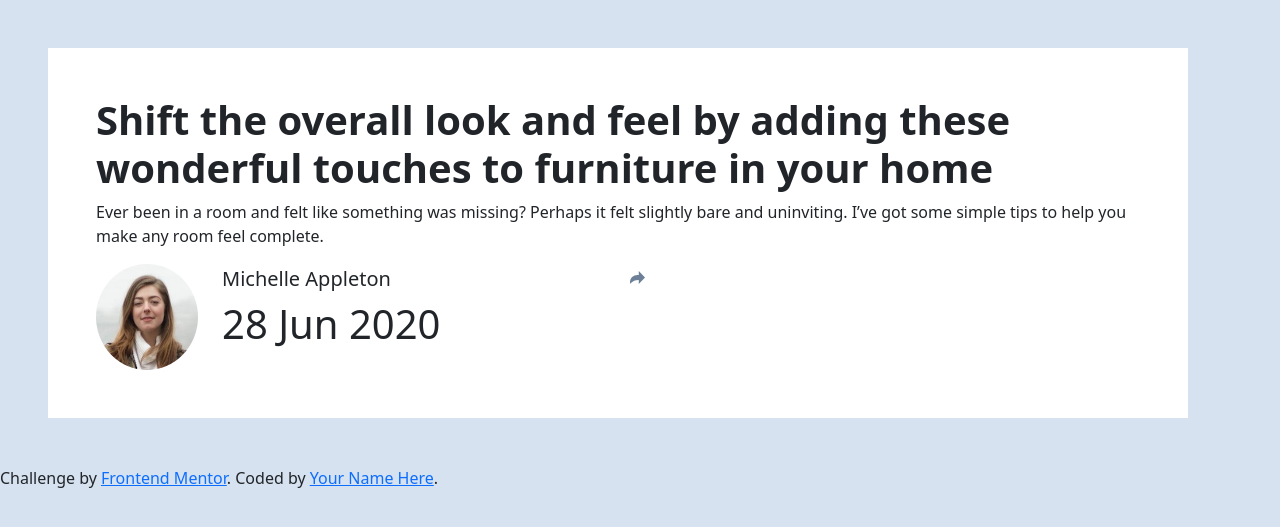
Repository: blordeus/article-preview-component
Page: index.html
These files come from the project's save history. The page is drawn as it stood at one moment and after the next save; the edit follows.
The browser window is 1280 px wide. The pictures show the whole page.

Above is the page before, as saved 2024-05-17 10:44:45.

### index.html
<!DOCTYPE html>
<html lang="en">
<head>
  <meta charset="UTF-8">
  <meta name="viewport" content="width=device-width, initial-scale=1.0"> <!-- displays site properly based on user's device -->

  <link rel="icon" type="image/png" sizes="32x32" href="./images/favicon-32x32.png">
  <link href="https://cdn.jsdelivr.net/npm/bootstrap@5.3.3/dist/css/bootstrap.min.css" rel="stylesheet" integrity="sha384-QWTKZyjpPEjISv5WaRU9OFeRpok6YctnYmDr5pNlyT2bRjXh0JMhjY6hW+ALEwIH" crossorigin="anonymous">
  <script src defer="https://cdn.jsdelivr.net/npm/bootstrap@5.3.3/dist/js/bootstrap.bundle.min.js" integrity="sha384-YvpcrYf0tY3lHB60NNkmXc5s9fDVZLESaAA55NDzOxhy9GkcIdslK1eN7N6jIeHz" crossorigin="anonymous"></script>
  <link rel="stylesheet" href="style.css">
  <title>Frontend Mentor | Article preview component</title>

</head>
<body>

  <main class="bg-color m-5 p-5 container">

    <section>
      <h1 class="text-color fw-bold">Shift the overall look and feel by adding these wonderful touches to furniture in your home</h1>

      <p>
        Ever been in a room and felt like something was missing? Perhaps
        it felt slightly bare and uninviting. I’ve got some simple tips
        to help you make any room feel complete.
      </p>
      <div class="row">
        <div class="col d-flex">
          <img id="avatar" src="./images/avatar-michelle.jpg" alt="michelle">
            <div class="ms-4 vstack my-auto">
              <p class="fs-5">Michelle Appleton <br> <span class="fs-1">28 Jun 2020</span></p>
            </div>
          </div>
          <div class="col">
            <img id="share" src="./images/icon-share.svg" alt="share">
          </div>
        </div>
      </div>
    </section>

  </main>
  <div class="attribution">
    Challenge by <a href="https://www.frontendmentor.io?ref=challenge" target="_blank">Frontend Mentor</a>.
    Coded by <a href="#">Your Name Here</a>.
  </div>
</body>
</html>

### style.css
/* root */
:root {
    --white: hsl(0, 0%, 100%);
    --light-gray: hsl(212, 45%, 89%);
    --grayish-blue: hsl(220, 15%, 55%);
    --dark-blue: hsl(218, 44%, 22%);
}

body {
    background-color: var(--light-gray);
}

main {
    background-color: var(--white);
}

#avatar {
    /* make round */
    border-radius: 50%;
    /* make image smaller */
    width: 20%;
}

After the next save:
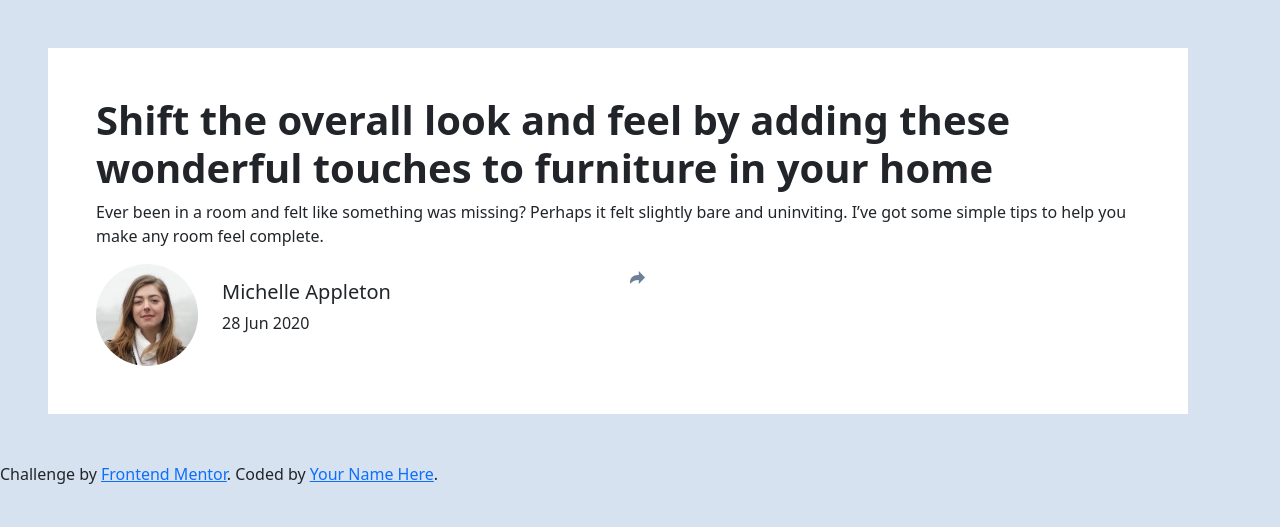
Saved 5 s later.
--- a/index.html
+++ b/index.html
@@ -27,7 +27,7 @@
         <div class="col d-flex">
           <img id="avatar" src="./images/avatar-michelle.jpg" alt="michelle">
             <div class="ms-4 vstack my-auto">
-              <p class="fs-5">Michelle Appleton <br> <span class="fs-1">28 Jun 2020</span></p>
+              <p class="fs-5">Michelle Appleton <br> <span class="fs-6">28 Jun 2020</span></p>
             </div>
           </div>
           <div class="col">
